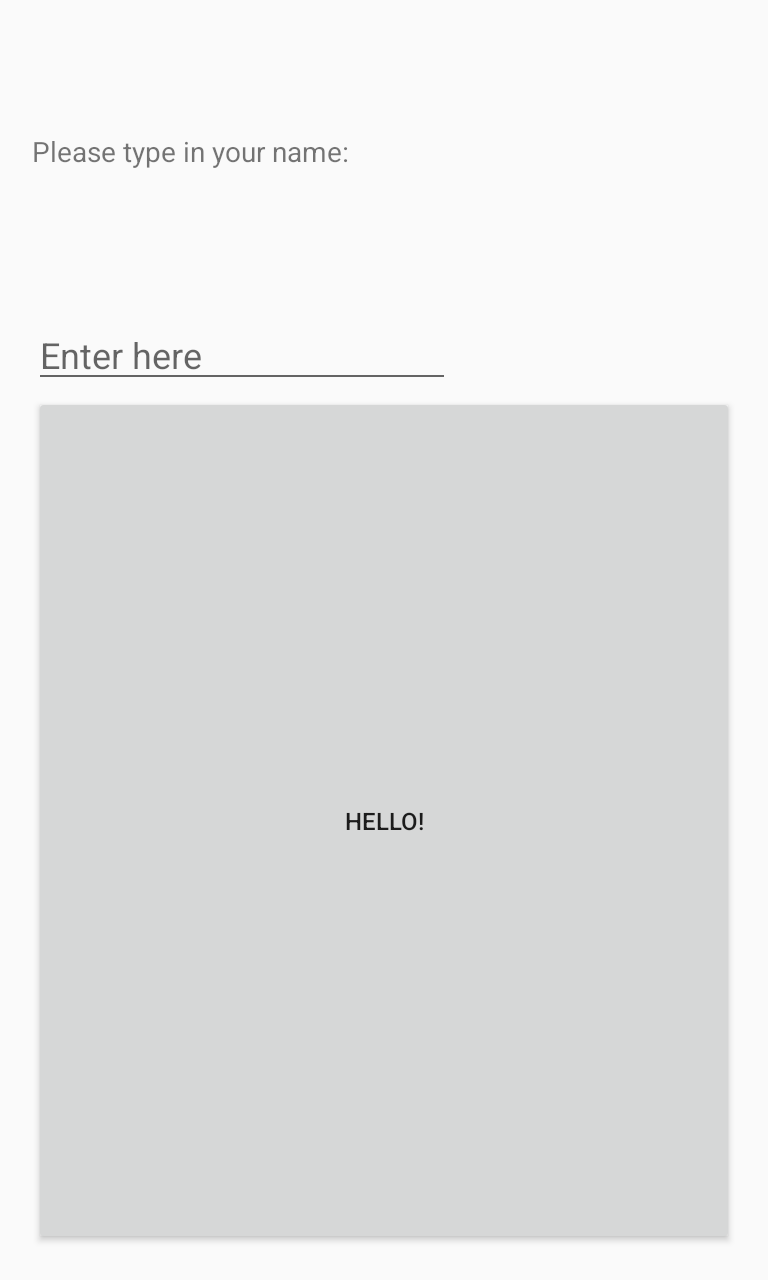
Repository: echolomaniac/HelloWorld
Layout: HelloWorld/res/layout/fragment_main.xml
The author's editor kept a copy of each file at every save. The layout is drawn from the files as they stood at one save, then again after the next save.
It is drawn on a 768 x 1280 px phone screen (xhdpi) without system bars, with theme AppBaseTheme; the app's code is not run.

Above is the layout before, as saved 2014-05-06 05:51:59.

### HelloWorld/res/layout/fragment_main.xml
<RelativeLayout xmlns:android="http://schemas.android.com/apk/res/android"
    xmlns:tools="http://schemas.android.com/tools"
    android:layout_width="match_parent"
    android:layout_height="match_parent"
    android:paddingBottom="@dimen/activity_vertical_margin"
    android:paddingLeft="@dimen/activity_horizontal_margin"
    android:paddingRight="@dimen/activity_horizontal_margin"
    android:paddingTop="@dimen/activity_vertical_margin"
    tools:context="com.example.helloworld.MainActivity$PlaceholderFragment" >

    <LinearLayout
        android:id="@+id/linearLayout1"
        android:layout_width="fill_parent"
        android:layout_height="fill_parent"
        android:layout_alignParentLeft="true"
        android:orientation="vertical" >

        <TextView
            android:id="@+id/textView1"
            android:layout_width="wrap_content"
            android:layout_height="wrap_content"
            android:layout_marginTop="50dp"
            android:text="@string/enter_name" />

        <EditText
            android:id="@+id/editText1"
            android:layout_width="wrap_content"
            android:layout_height="wrap_content"
            android:layout_marginTop="70dp"
            android:ems="10"
            android:hint="@string/hint_enter_name" />

        <LinearLayout
            android:layout_width="fill_parent"
            android:layout_height="0dp"
            android:layout_weight="0.01" >

            <Button
                android:id="@+id/button1"
                android:layout_width="180dp"
                android:layout_height="match_parent"
                android:layout_weight="0.46"
                android:text="@string/hello_button"
                android:textSize="12sp" />
        </LinearLayout>

    </LinearLayout>

</RelativeLayout>

### HelloWorld/res/values/strings.xml
<?xml version="1.0" encoding="utf-8"?>
<resources>

    <string name="app_name">HelloWorld</string>
    <string name="hello_world">Hello world!</string>
    <string name="action_settings">Settings</string>
    <string name="enter_name">Please type in your name:</string>
    <string name="hello_button">Hello!</string>
    <string name="hint_enter_name">Enter here</string>

</resources>

Loaded but not shown: HelloWorld/res/values-v11/styles.xml (common file); HelloWorld/res/values-v14/styles.xml (common file); HelloWorld/res/values/styles.xml (common file); HelloWorld/res/values/dimens.xml (common file); HelloWorld/res/values-w820dp/dimens.xml (common file)

After the next save:
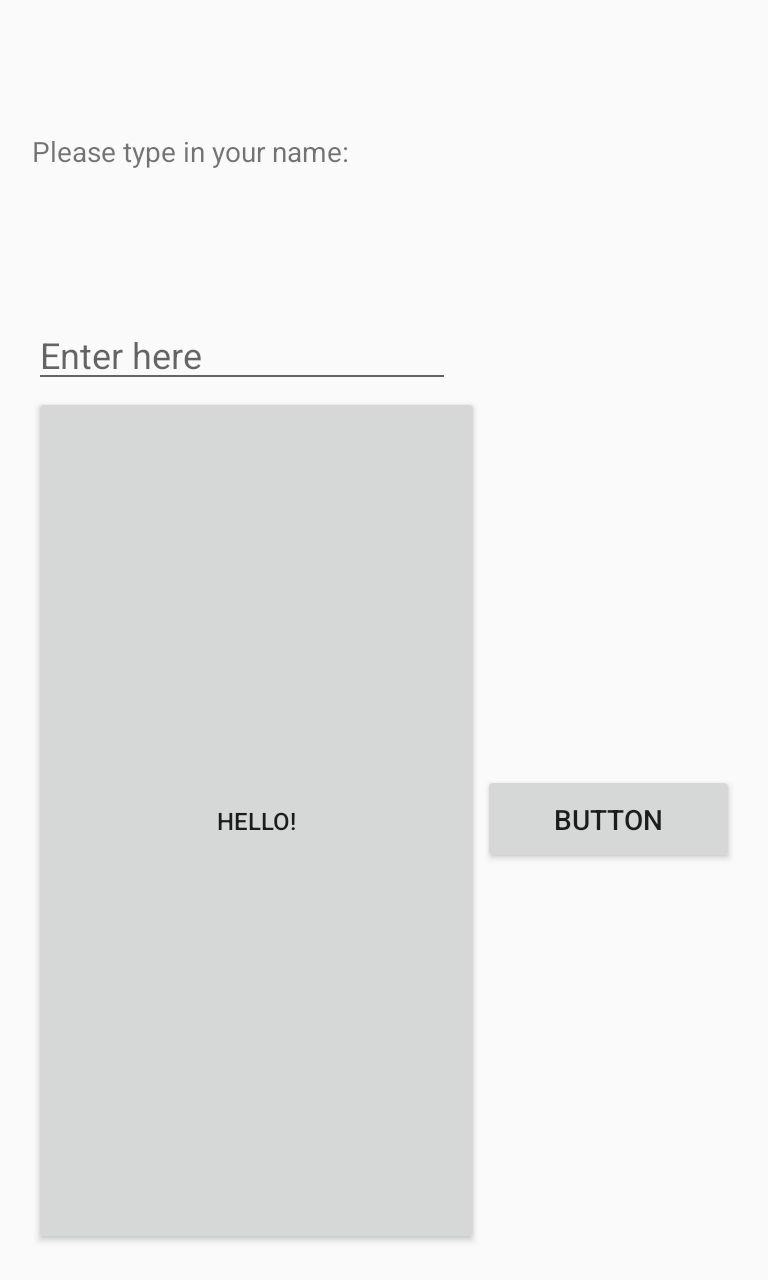
Saved 11 s later.
--- a/HelloWorld/res/layout/fragment_main.xml
+++ b/HelloWorld/res/layout/fragment_main.xml
@@ -37,11 +37,19 @@
 
             <Button
                 android:id="@+id/button1"
-                android:layout_width="180dp"
+                android:layout_width="185dp"
                 android:layout_height="match_parent"
                 android:layout_weight="0.46"
                 android:text="@string/hello_button"
                 android:textSize="12sp" />
+
+            <Button
+                android:id="@+id/button2"
+                android:layout_width="wrap_content"
+                android:layout_height="wrap_content"
+                android:layout_weight="0.46"
+                android:text="Button" />
+
         </LinearLayout>
 
     </LinearLayout>
